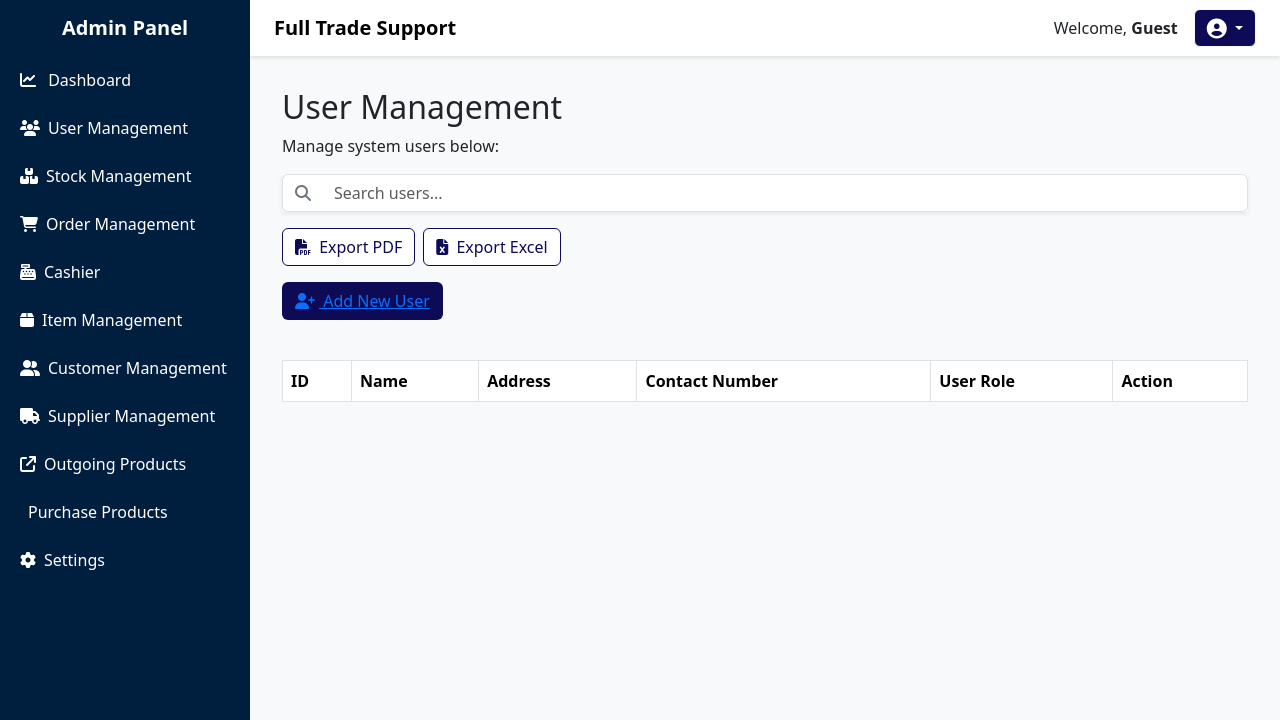
Repository: LakviduUpasara/onlineSparePartsManagementSystem
Page: http://localhost/Spare_parts_Management_Systems/Admin/display.jsp
These files come from the project's save history. The page is drawn as it stood at one moment and after the next save; the edit follows.
The browser window is 1280 px wide. The pictures show the whole page.
The page is served by Tomcat 9. The template is opened directly, without the code that normally fills it, so the values that code supplies are empty.

Above is the page before, as saved 2025-05-13 22:26:59.

After the next save:
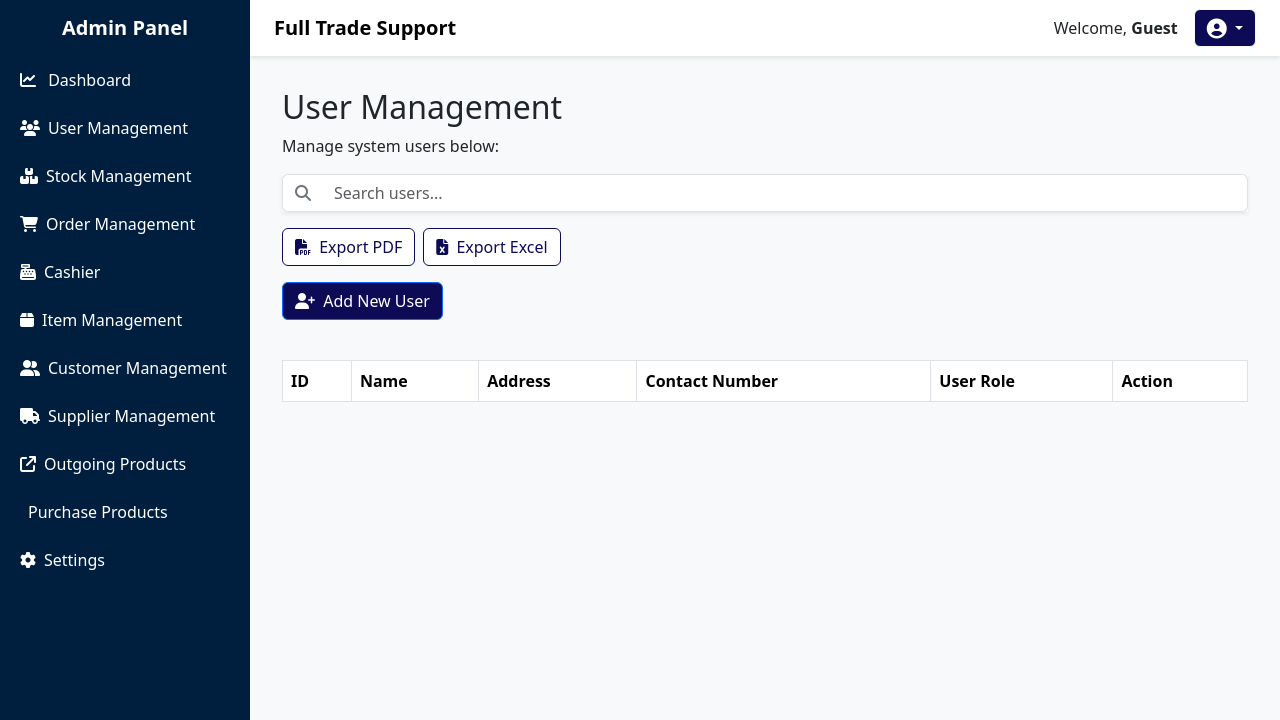
Saved 2 min 24 s later.
--- a/Project/Project/Spare_parts_Management_Systems/src/main/webapp/Admin/display.jsp
+++ b/Project/Project/Spare_parts_Management_Systems/src/main/webapp/Admin/display.jsp
@@ -141,9 +141,10 @@
       </div>
 
       <!-- Add Button -->
-      <button class="btn mb-3" data-bs-toggle="modal" data-bs-target="#addUserModal">
-       <a href ="Admin/insert.jsp "> <i class="fas fa-user-plus me-1"></i> Add New User </a>
-      </button>
+		 <a href="Admin/insert.jsp" class="btn btn-primary mb-3">
+		  <i class="fas fa-user-plus me-1"></i> Add New User
+		</a>
+
 
       <!-- User Table -->
       <div class="table-container mt-4">
